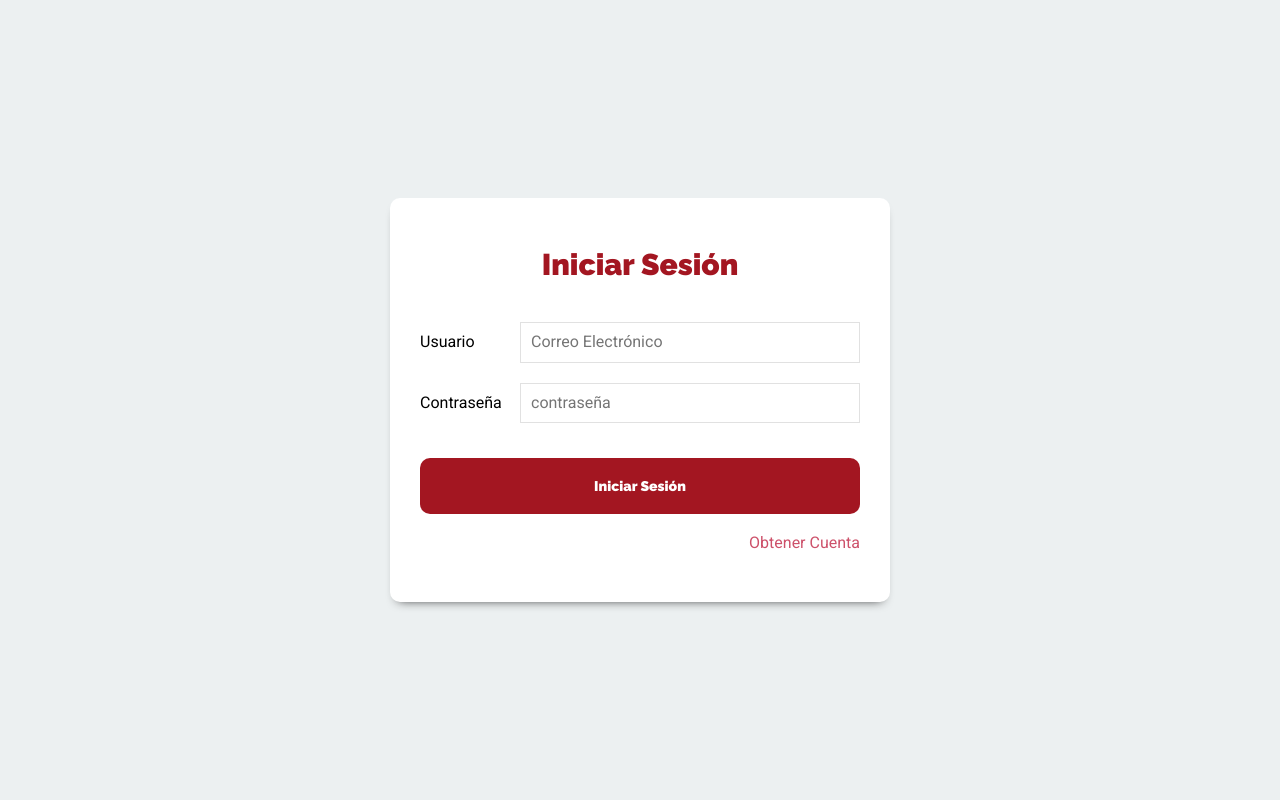
Repository: andrescovarrubias/admin-proyectos
Page: / (app in cliente/)
These files come from the project's save history. The page is drawn as it stood at one moment and after the next save; the edit follows.
The browser window is 1280 px wide. The pictures show the whole page.
The project was rebuilt for these pictures with package versions that can differ from the ones it lists, and the page was loaded fresh each time. Also part of the build but not shown: cliente/src/components/auth/NuevaCuenta.jsx, cliente/src/components/proyectos/NuevoProyecto.jsx, cliente/src/components/layout/SideBar.jsx, cliente/src/components/proyectos/Proyectos.jsx.

Above is the page before, as saved 2020-10-31 17:20:22.

After the next save:
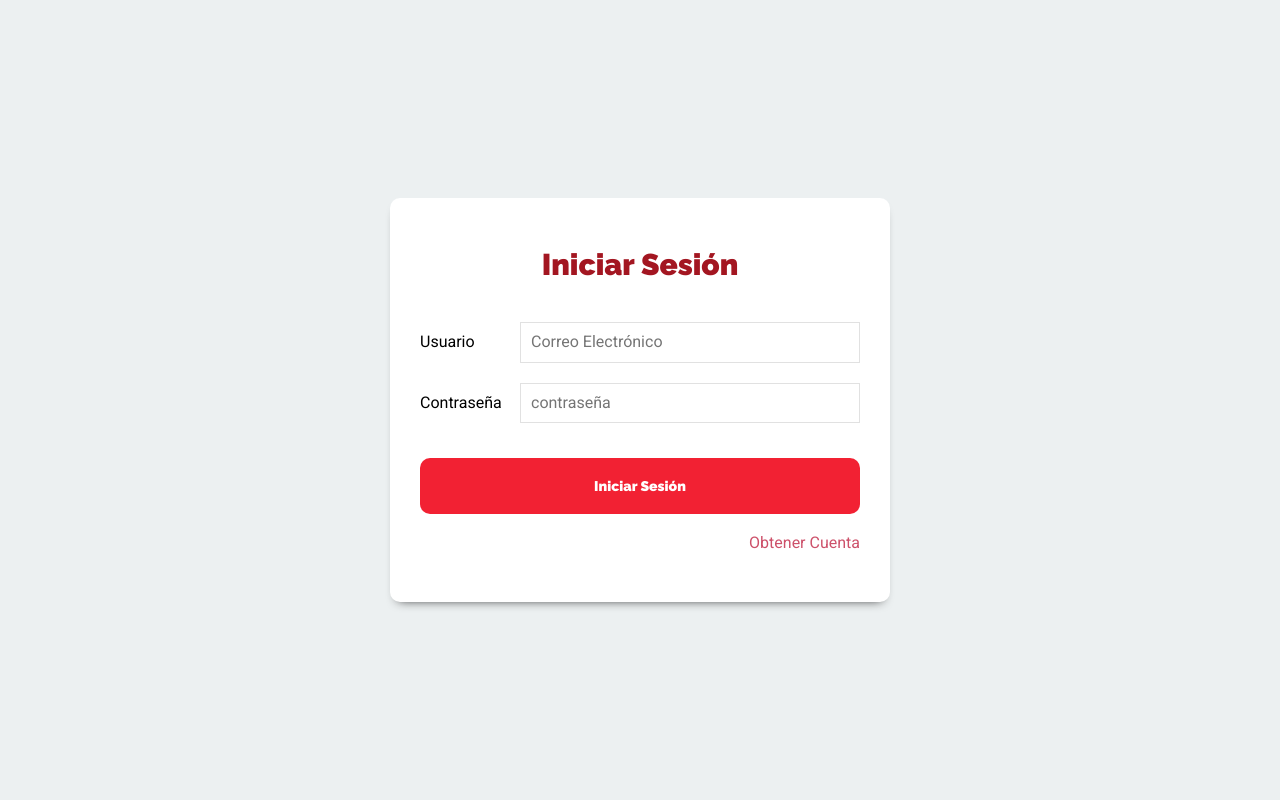
Saved 20 s later.
--- a/cliente/src/index.css
+++ b/cliente/src/index.css
@@ -7,7 +7,7 @@
   --morado2: #861657;
   --azul2: #1b065e;
   --azul3: #2e4052;
-  --rojo: #a31621;
+  --rojo: #f22133;
   --rojo2: #b8082c;
   --headingFont: "Raleway", sans-serif;
   --textFont: "Roboto", sans-serif;
